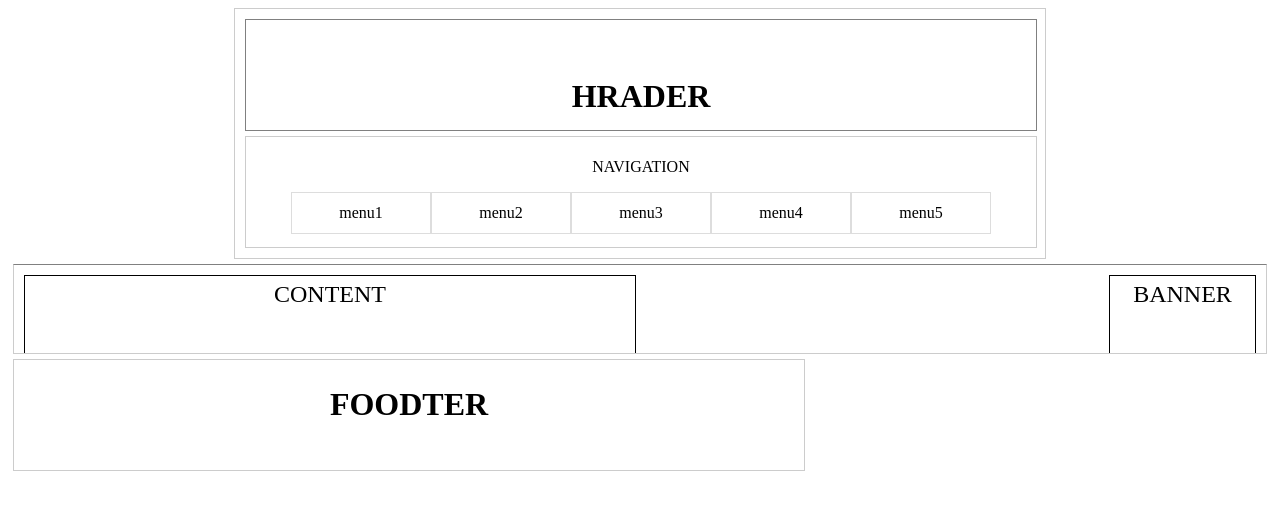
Repository: luna2222/web
Page: 01HTML5/WebContent/[11강]CSS3속성3/11_04_03Layout.html
An editor plug-in stored every save of this project. The page is shown before and after the next save, followed by the edit.
The browser window is 1280 px wide. The pictures show the whole page.

Above is the page before, as saved 2019-02-24 10:28:15.

After the next save:
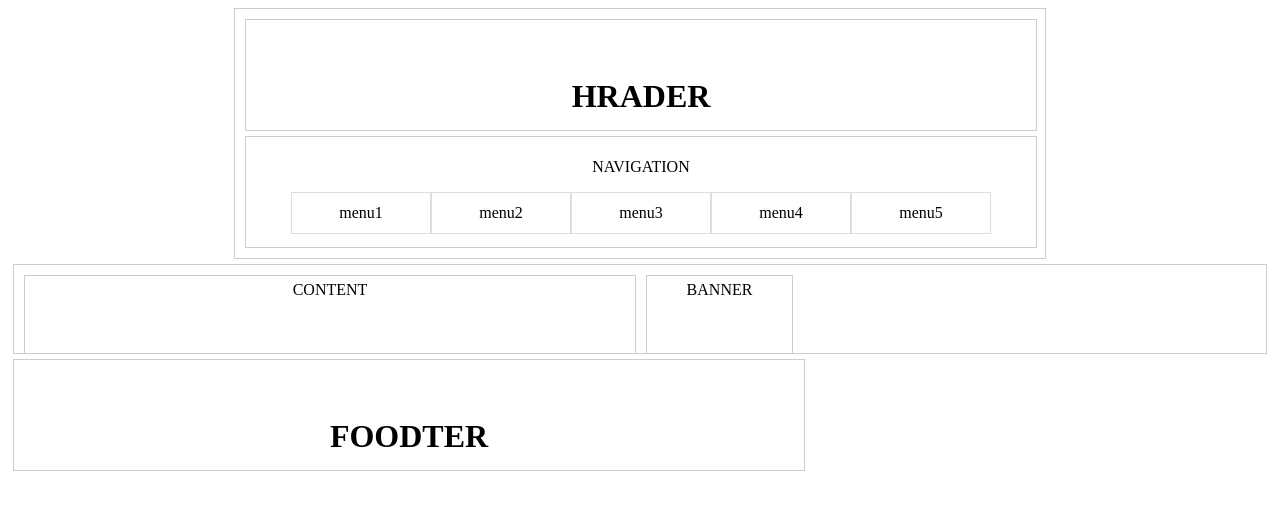
Saved 15 min 59 s later.
--- a/01HTML5/WebContent/[11강]CSS3속성3/11_04_03Layout.html
+++ b/01HTML5/WebContent/[11강]CSS3속성3/11_04_03Layout.html
@@ -17,9 +17,6 @@ div {
 }
 #header {
 	width: 780px; height:100px;
-	background-color: #ffffff;
-	border: 1px solid #808080;
-	text-align: center;
 	line-height: 100px;
 }
 #nav{
@@ -37,35 +34,25 @@ div {
 
 #wrap {
 	height: 78px;
-	float: center;
-	text-align: center;
-	font-size: 1.5em;
-	border-top: 1px solid #808080;
-
-	overflow: hidden;;
-
+	overflow:hidden;
 }
 
 #content {
 	width: 600px;
 	height: 300px;
-	border: 1px solid;
 	float: left;
-
-}
+	}
 
 #banner {
     width:135px;
 	height: 300px;
-	border: 1px solid;
-	float: right;
+	float: left;
 
 }
 
 #footer {
 	width:780px; height:100px;
-	background-color: #ffffff;
-		text-align: center;
+	line-height: 100px;
 }
 </style>
 </head>
